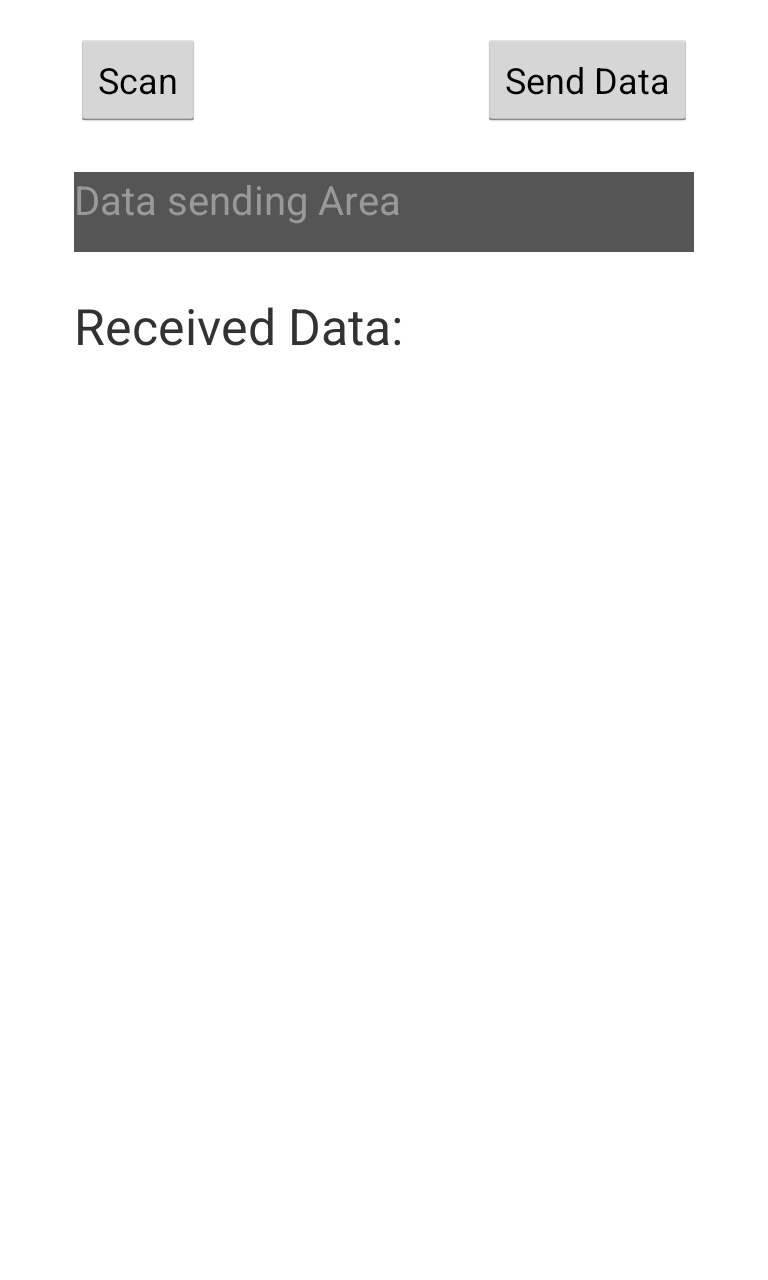
Repository: DFRobot/BlunoBasicDemo
Layout: Android/BlunoBasicDemoWorkspace/BlunoBasicDemo/res/layout/activity_main.xml
The author's editor kept a copy of each file at every save. The layout is drawn from the files as they stood at one save, then again after the next save.
It is drawn on a 768 x 1280 px phone screen (xhdpi) without system bars, with theme AppTheme; the app's code is not run.

Above is the layout before, as saved 2014-07-11 05:06:42.

After the next save:
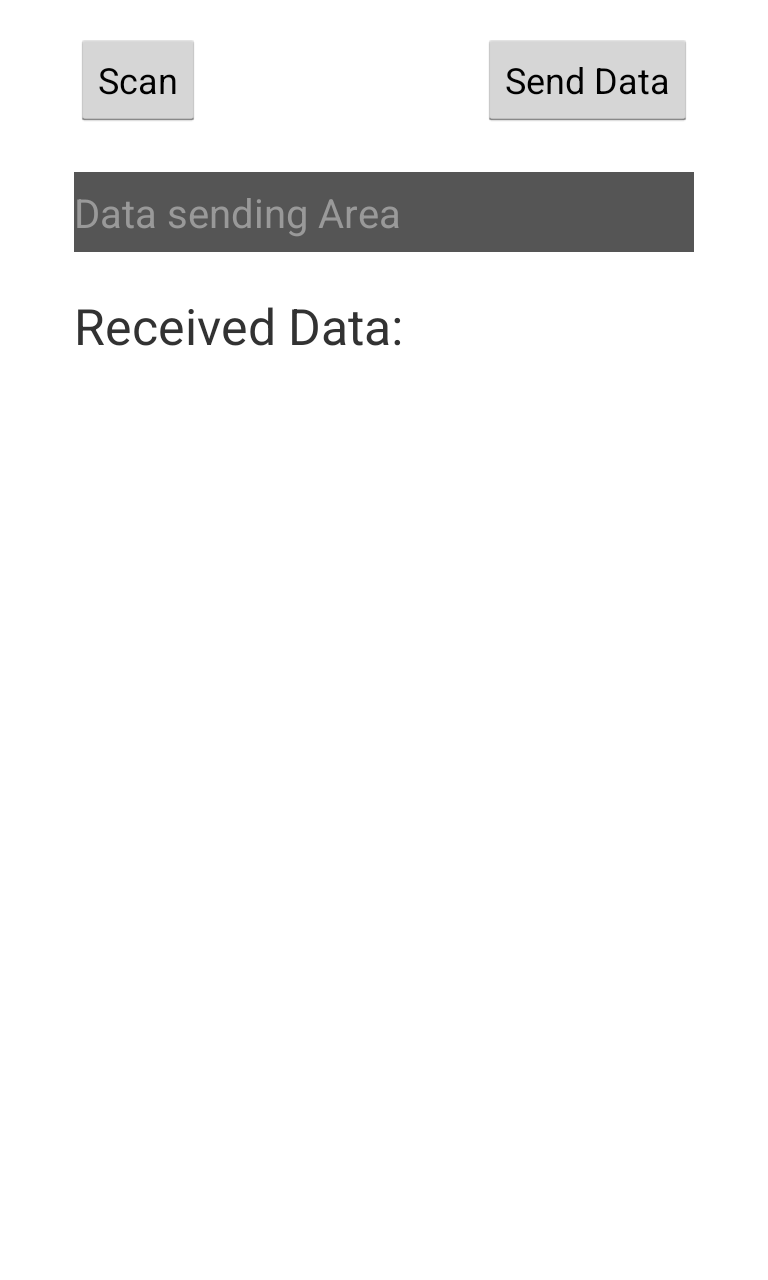
Saved 6 s later.
--- a/Android/BlunoBasicDemoWorkspace/BlunoBasicDemo/res/layout/activity_main.xml
+++ b/Android/BlunoBasicDemoWorkspace/BlunoBasicDemo/res/layout/activity_main.xml
@@ -42,7 +42,7 @@
         android:text="Received Data:"
         android:textSize="25sp" />
 
-    <TextView
+    <EditText
         android:id="@+id/serialSendText"
         android:layout_width="310dp"
         android:layout_height="40dp"
